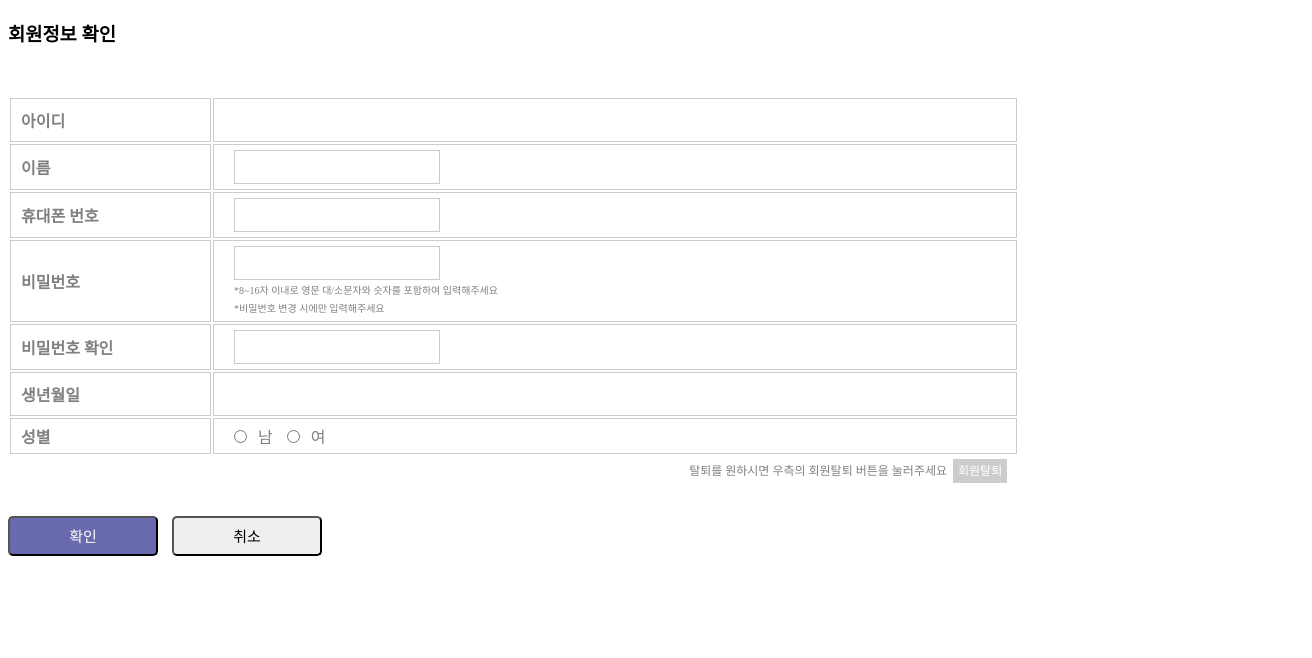
Repository: euzny/Spring-Website
Page: http://localhost/anafor/WEB-INF/views/my_info/info.jsp
These files come from the project's save history. The page is drawn as it stood at one moment and after the next save; the edit follows.
The browser window is 1280 px wide. The page is 1280 px wide, then 1312 px, so the pictures cover 1312 px, including what lies to the right of the window. The pictures show the whole page.
The page is served by Tomcat 9. Nobody is signed in. The template is opened directly, without the code that normally fills it, so the values that code supplies are empty.

Above is the page before, as saved 2022-06-21 10:40:23.
Console error: ReferenceError: $ is not defined

After the next save:
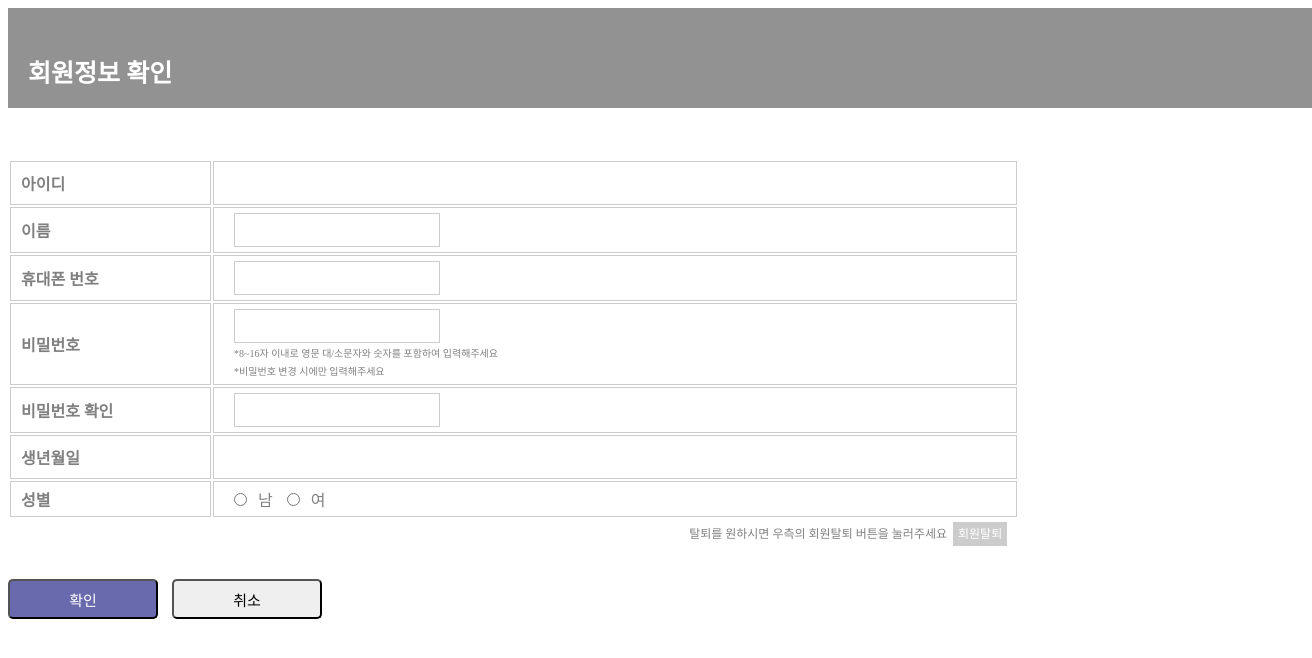
Saved 26 s later.
--- a/Workspace/anafor/src/main/webapp/WEB-INF/views/my_info/info.jsp
+++ b/Workspace/anafor/src/main/webapp/WEB-INF/views/my_info/info.jsp
@@ -8,7 +8,20 @@
 <title>Insert title here</title>
 <script type="text/javascript" src="js/join-check.js"></script>
 <style>
-	#titlename{ width:100%; background:#929292; height:60px; text-align:left; font-size:25px; font-weight:700; line-height:60px; padding: 20px; color:#FFFFFF; }
+		#header {
+	   width:100%;
+	   height:60px;
+	   padding: 20px;
+	   background-color:#929292;
+	   border-bottom: 1px solid white;
+	}
+
+	#header h3{
+	   font-size: 25px;
+	   font-weight: bold;
+	   text-align: left;
+	   color: white;
+	}
 	table { width: 80%;  }
 	table th{width:20%;}
 	table td{width:80%;}
